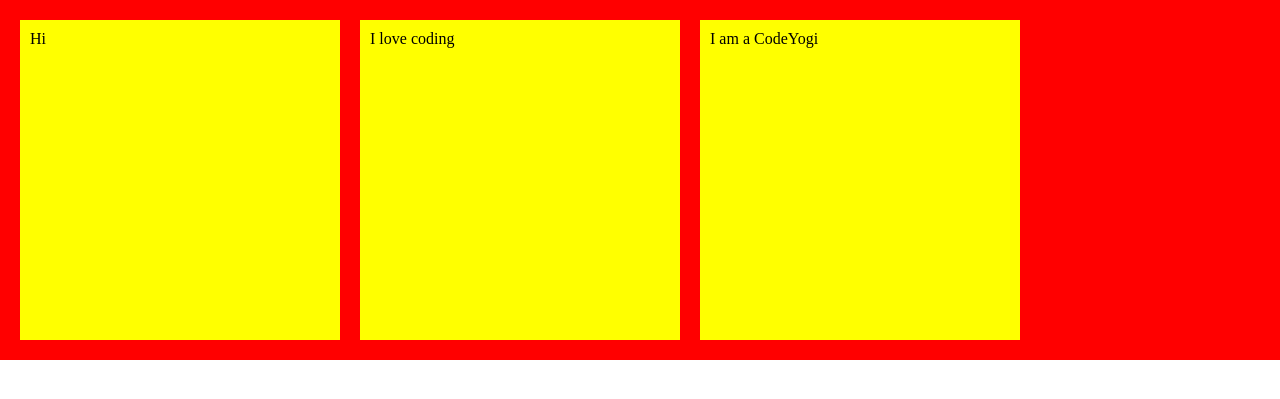
Repository: itz-mohanmadhav-18/Full-stack
Page: Html+css/day-3/flexbox.html
An editor plug-in stored every save of this project. The page is shown before and after the next save, followed by the edit.
The browser window is 1280 px wide. The pictures show the whole page.

Above is the page before, as saved 2024-06-14 12:55:15.

### Html+css/day-3/flexbox.html
<!DOCTYPE html>
<html lang="en">
  <head>
    <meta charset="UTF-8" />
    <meta name="viewport" content="width=device-width, initial-scale=1.0" />
    <link rel="stylesheet" href="./flexbox1.css" />
    <title>Document</title>
  </head>
  <body>
    <!-- <div>
      <h1>Heading 1</h1>
      <a>Link 1</a>
      <a>Link 2</a>
      <p>Pararaph 1</p>
    </div> -->
    <div>
        <p>Hi</p>
        <p>I love coding</p>
        <p>I am a CodeYogi</p>
    </div>
  </body>
</html>

### Html+css/day-3/flexbox1.css
*{
    padding: 0px;
    margin: 0px;
    /* background: white; */
}
div{
    background: red;
    padding: 10px;
    display: flex;
    flex-direction: row;

}

p{
    background: yellow;
    margin: 10px;
    padding: 10px;
    height: 300px;
    width: 300px;
}

After the next save:
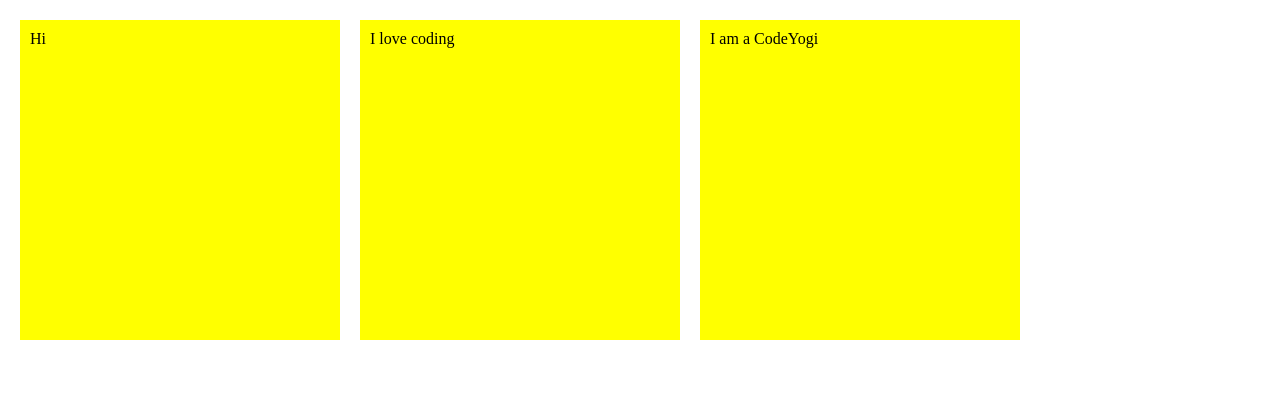
Saved 5 s later.
--- a/Html+css/day-3/flexbox1.css
+++ b/Html+css/day-3/flexbox1.css
@@ -4,7 +4,7 @@
     /* background: white; */
 }
 div{
-    background: red;
+    /* background: red; */
     padding: 10px;
     display: flex;
     flex-direction: row;

After the save that followed:
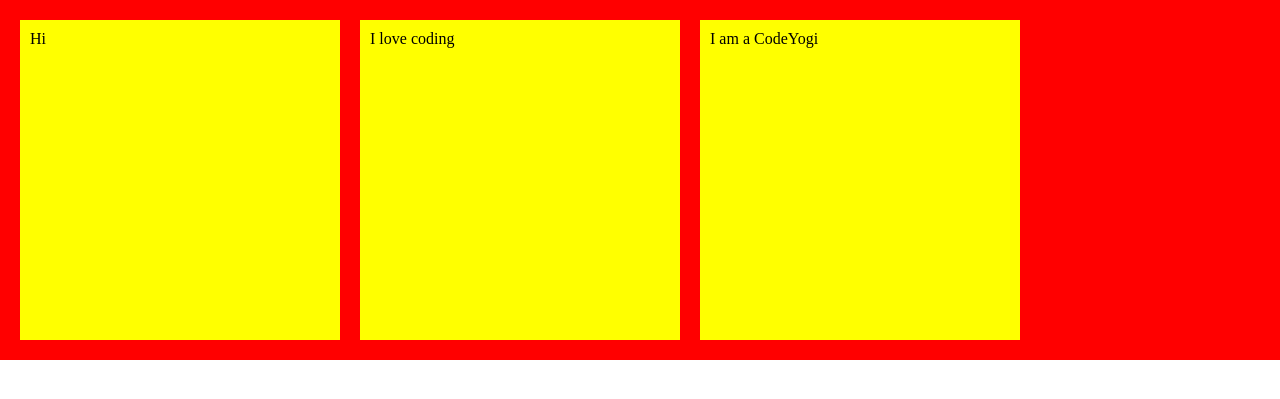
Saved 6 s later.
--- a/Html+css/day-3/flexbox1.css
+++ b/Html+css/day-3/flexbox1.css
@@ -4,7 +4,7 @@
     /* background: white; */
 }
 div{
-    /* background: red; */
+    background: red;
     padding: 10px;
     display: flex;
     flex-direction: row;
